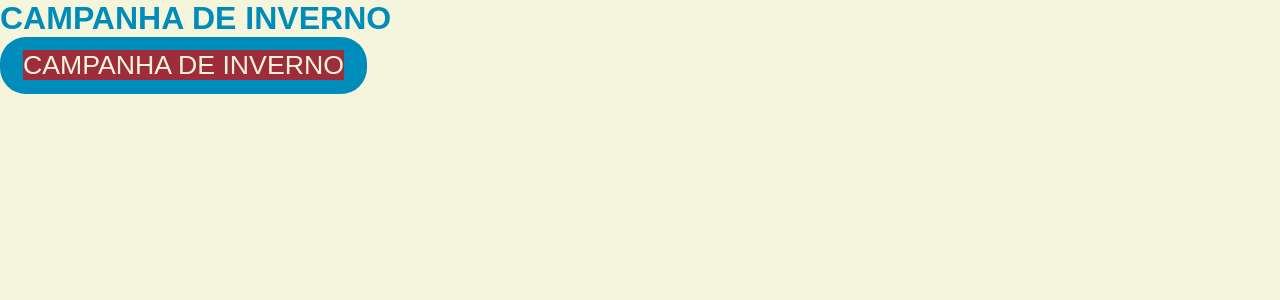
Repository: adrtrvs/qrcodeong
Page: campaignall.html
These files come from the project's save history. The page is drawn as it stood at one moment and after the next save; the edit follows.
The browser window is 1280 px wide. The pictures show the whole page.
Some web fonts or font styles are not loaded; a fallback is used.

Above is the page before, as saved 2023-05-26 09:42:45.

### campaignall.html
<!DOCTYPE html>
<html lang="pt-br">
  <head>
    <meta charset="UTF-8" />
    <meta http-equiv="X-UA-Compatible" content="IE=edge" />
    <meta name="viewport" content="width=device-width, initial-scale=1.0" />
    <link
      href="./files/logofavifinal.jpeg"
      rel="shortcut icon"
      type="image/x-icon"
    />
    <link rel="stylesheet" href="style.css" />
    <title>Campanha de inverno</title>
  </head>
  <body>
    <h1>Campanha de inverno</h1>
    <button class="campaignbutton">
      <a href="#" target="_blank">Campanha de Inverno</a>
  </body>
</html>

### style.css
@import url('https://fonts.googleapis.com/css2?family=Courgette&display=swap');
@import url('https://fonts.googleapis.com/css2?family=Indie+Flower&display=swap');
@import url('https://fonts.googleapis.com/css2?family=Cuprum:wght@500&display=swap');
* {
  padding: 0;
  margin: 0;
}
@keyframes animate {
  0% {
    opacity: 0;
  }

  50% {
    opacity: 1;
  }

  100% {
    opacity: 0;
  }
}

body {
  background-color: #f5f5dc;
  background-repeat: no-repeat;
  background-size: cover;
  width: 100%;
}

header img {
  width: 100%;
}

header p {
  color: black;
  text-align: center;
  font-size: 18px;
  margin: 10px;
  font-family: 'Cuprum', sans-serif;
}

/*FONTES*/

h1,
h2,
h3 {
  color: #008cba;
  text-transform: uppercase;
  font-family: 'Cuprum', sans-serif;
}

/* MENU INDEX */

.menu h2 {
  background-color: #008cba;
  text-align: center;
  font-size: 18px;
  margin: 5px;
  padding: 5px;
  color: whitesmoke;
  font-family: 'Cuprum', sans-serif;
}

.menu h3 {
  font-size: 16px;
  margin-bottom: 5px;
  font-family: 'Cuprum', sans-serif;
}

/* LISTA INDEX */

ul li {
  display: flex;
  justify-content: space-between;
  padding: 16px;
  border-bottom: 1px solid rgba(0, 0, 0, 0.1);
}

/* PARAGRAFOS INDEX*/

.details {
  padding: 5px;
  color: #008cba;
  font-family: 'Cuprum', sans-serif;
}

/*BOTAO INDEX*/

._link {
  background-color: #008cba;
  border: none;
  padding: 13px 23px;
  border-radius: 26px;
  align-self: flex-start;
}

.submenu button a {
  text-decoration: none;
  font-size: 14px;
  color: whitesmoke;
  white-space: nowrap;
  font-family: 'Cuprum', sans-serif;
}

._link:hover {
  background-color: #cbf305;
  transition-duration: 0.4s;
}

.botaocomprov {
  background-color: #4caf50;
  border: none;
  padding: 13px 23px;
  border-radius: 26px;
}
.botaocomprov:hover {
  background-color: #cbf305;
  transition-duration: 0.4s;
}
.botaocomprov a {
  text-decoration: none;
  font-size: 14px;
  color: whitesmoke;
  white-space: nowrap;
  font-family: 'Cuprum', sans-serif;
}
/* PIX ONG  */
._pix {
  color: black;
  padding: 20px;
  text-align: center;
}
.qrcodepixong {
  display: flex;
  flex-direction: column;
  align-items: center;
  background-color: whitesmoke;
}
.qrcodepixong img {
  max-width: -webkit-fill-available;
}

/* TROCO SOLIDÁRIO */

div.trocorockn {
  display: flex;
  flex-direction: column;
  align-items: center;
  background-color: whitesmoke;
}
.trocorockn img {
  max-width: -webkit-fill-available;
}
.ultroco li {
  text-align: center;
  font-family: 'Cuprum', sans-serif;
  color: #008cba;
}

/*BOTÃO CAMPANHAS*/

.campaignbutton {
  background-color: #008cba;
  border: none;
  padding: 13px 23px;
  border-radius: 26px;
  align-self: flex-start;

}

.campaignbutton a {
  text-decoration: none;
  text-transform: uppercase;
  font-size: 2em;
  color: #f5f5dc;
  background-color: rgba(219, 10, 10, 0.73);
  animation: animate 2s linear infinite;
  font-family: 'Cuprum', sans-serif;

}

.bcampaign {
  padding: 8px 15px;
  border-radius: 26px;
  border: none;
  background-color: #008cba;
}

.bcampaign:hover {
  background-color: #cbf305;
  transition-duration: 0.4s;
} */
/* CAMPAIGN*/

/* campaignvid {
  display: flex;
  flex-direction: column;
  align-items: center;
 */

/* .buttoncampaignaj {
  padding: 8px 15px;
  border-radius: 26px;
  border: none;
  background-color: #008cba;
  margin: 20px;
}

.buttoncampaignaj a {
  text-decoration: none;
  text-transform: uppercase;
  font-size: 2em;
  color: whitesmoke;
  animation: animate 3s linear infinite;
}

.buttoncampaignaj:hover {
  background-color: #4caf50;
  transition-duration: 0.4s;
}

.titlecampaing {
  text-align: center;
  color: rgba(0, 0, 0, 0.9);
}

.campaigndescription {
  font-size: 16px;
  color: rgba(0, 0, 0, 0.8);
  padding: 16px;
  text-align: center;
  justify-content: space-between;
} */

After the next save:
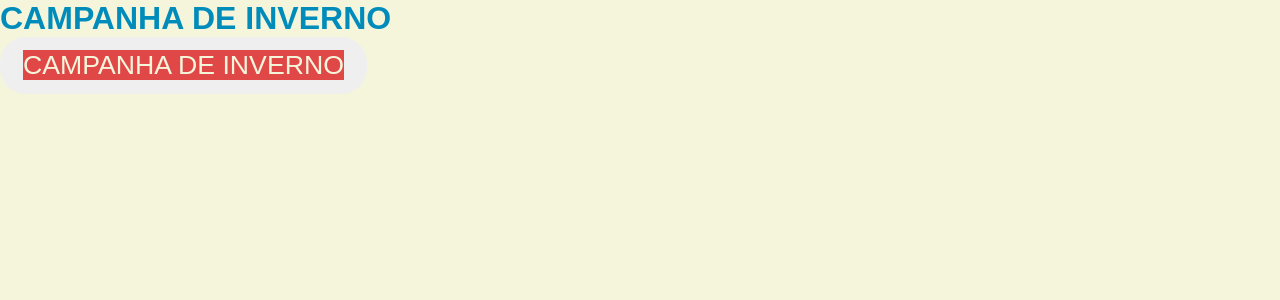
Saved 9 s later.
--- a/style.css
+++ b/style.css
@@ -159,7 +159,6 @@
 /*BOTÃO CAMPANHAS*/
 
 .campaignbutton {
-  background-color: #008cba;
   border: none;
   padding: 13px 23px;
   border-radius: 26px;

After the save that followed:
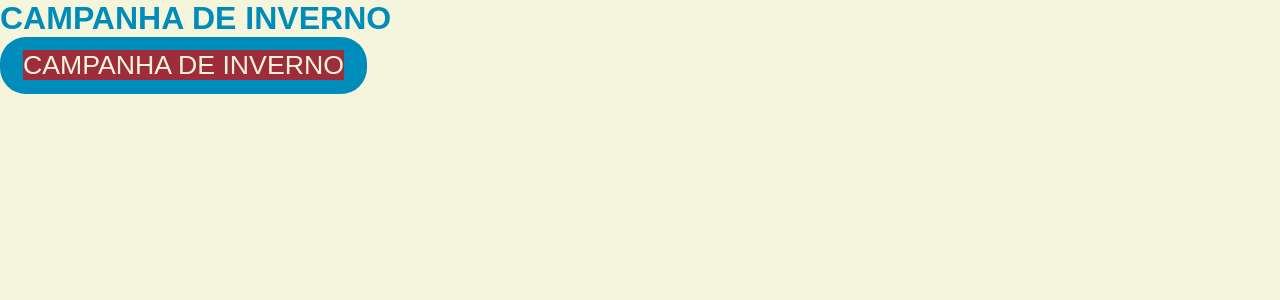
Saved 7 s later.
--- a/style.css
+++ b/style.css
@@ -159,6 +159,7 @@
 /*BOTÃO CAMPANHAS*/
 
 .campaignbutton {
+  background-color: #008cba;
   border: none;
   padding: 13px 23px;
   border-radius: 26px;
